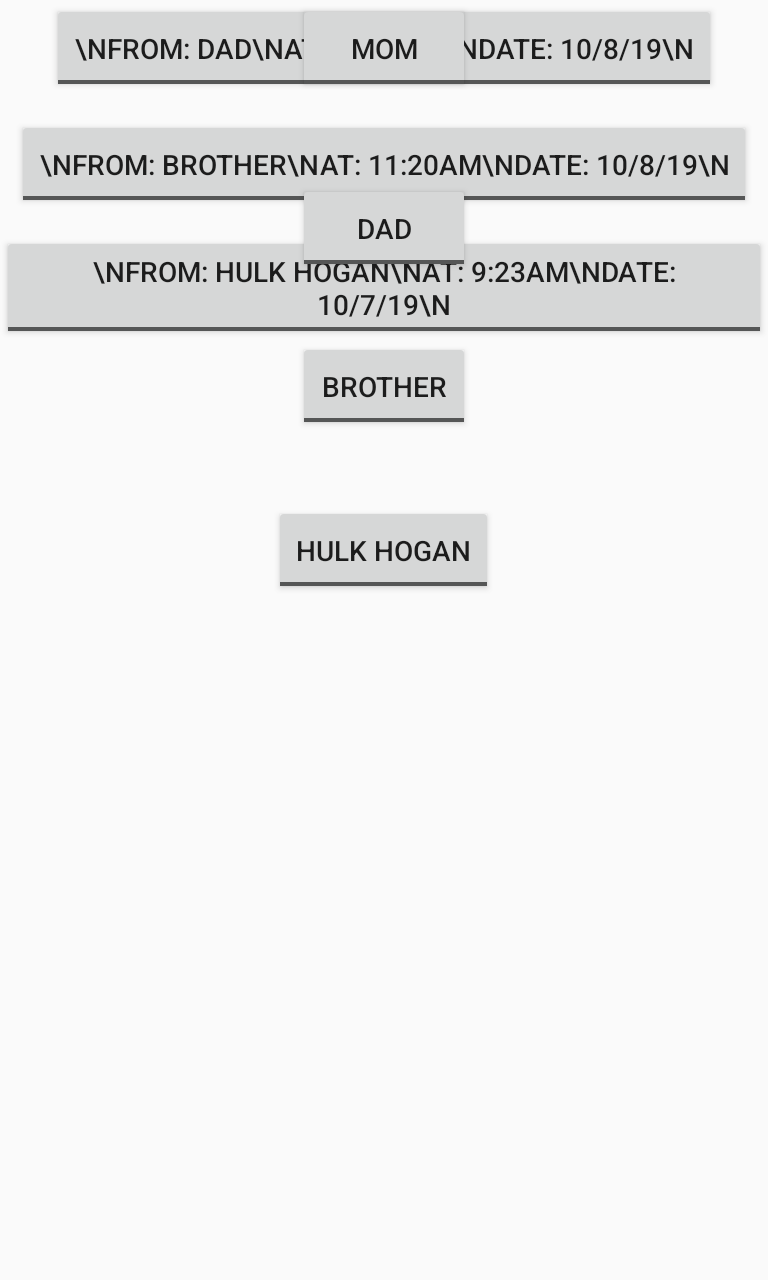
Repository: bhazenstab16/PhoneAppBMH
Layout: PhoneAppTwo/res/layout/activity_main.xml
An editor plug-in stored every save of this project. The layout is shown before and after the next save, followed by the edit.
It is drawn on a 768 x 1280 px phone screen (xhdpi) without system bars, with theme AppTheme; the app's code is not run.

Above is the layout before, as saved 2019-10-10 16:45:12.

### PhoneAppTwo/res/layout/activity_main.xml
<RelativeLayout xmlns:android="http://schemas.android.com/apk/res/android"
    xmlns:tools="http://schemas.android.com/tools"
    android:id="@+id/container"
    android:layout_width="match_parent"
    android:layout_height="match_parent"
    tools:context="com.example.phoneapptwo.MainActivity"
    tools:ignore="MergeRootFrame" >

   <TabHost
        android:id="@+id/tabhost"
        android:layout_width="match_parent"
        android:layout_height="match_parent"
        android:layout_alignParentLeft="true"
        android:layout_alignParentTop="true" >

        <LinearLayout
            android:layout_width="match_parent"
            android:layout_height="match_parent"
            android:orientation="vertical" >

            <TabWidget
                android:id="@android:id/tabs"
                android:layout_width="match_parent"
                android:layout_height="wrap_content" >
            </TabWidget>

            <FrameLayout
                android:id="@android:id/tabcontent"
                android:layout_width="match_parent"
                android:layout_height="match_parent" >

                <RelativeLayout
                    android:id="@+id/Recents"
                    android:layout_width="match_parent"
                    android:layout_height="match_parent" >

                    <ToggleButton
                        android:id="@+id/toggleButtonCall1"
                        android:layout_width="wrap_content"
                        android:layout_height="wrap_content"
                        android:layout_alignParentTop="true"
                        android:layout_centerHorizontal="true"
                        android:onClick="onToggleCall1Click"
                        android:text="\nFrom: Dad\nAt: 11:23am\nDate: 10/8/19\n"
                        android:textOff="\nFrom: Dad\nAt: 11:23am\nDate: 10/8/19\n"
                        android:textOn="\nFrom: Dad\nAt: 11:23am\nDate: 10/8/19\n" />

                    <Button
                        android:id="@+id/buttonCall1"
                        android:layout_width="wrap_content"
                        android:layout_height="wrap_content"
                        android:layout_below="@+id/toggleButtonCall1"
                        android:layout_centerHorizontal="true"
                        android:layout_marginTop="5dp"
                        android:visibility="gone"
                        android:text="Call" />

                    <Button
                        android:id="@+id/buttonText1"
                        android:layout_width="wrap_content"
                        android:layout_height="wrap_content"
                        android:layout_centerHorizontal="true"
                        android:visibility="gone"
                        android:layout_below="@+id/buttonCall1"
                        android:text="Text" />

                     <ToggleButton
                        android:id="@+id/toggleButtonCall2"
                        android:layout_width="wrap_content"
                        android:layout_height="wrap_content"
                        android:layout_centerHorizontal="true"
                        android:layout_below="@+id/buttonText1"
                        android:layout_marginTop="10dp"
                        android:onClick="onToggleCall2Click"
                        android:text="\nFrom: Brother\nAt: 11:20am\nDate: 10/8/19\n"
                        android:textOff="\nFrom: Brother\nAt: 11:20am\nDate: 10/8/19\n"
                        android:textOn="\nFrom: Brother\nAt: 11:20am\nDate: 10/8/19\n" />

                    <Button
                        android:id="@+id/buttonCall2"
                        android:layout_width="wrap_content"
                        android:layout_height="wrap_content"
                        android:layout_centerHorizontal="true"
                        android:layout_below="@+id/toggleButtonCall2"
                        android:layout_marginTop="5dp"
                        android:visibility="gone"
                        android:text="Call" />

                    <Button
                        android:id="@+id/buttonText2"
                        android:layout_width="wrap_content"
                        android:layout_height="wrap_content"
                        android:layout_centerHorizontal="true"
                        android:layout_below="@+id/buttonCall2"
                        android:visibility="gone"
                        android:text="Text" />

                    <ToggleButton
                        android:id="@+id/toggleButtonCall3"
                        android:layout_width="wrap_content"
                        android:layout_height="wrap_content"
                        android:layout_below="@+id/buttonText2"
                        android:layout_centerHorizontal="true"
                        android:layout_marginTop="10dp"
                        android:onClick="onToggleCall3Click"
                        android:text="\nFrom: Hulk Hogan\nAt: 9:23am\nDate: 10/7/19\n"
                        android:textOff="\nFrom: Hulk Hogan\nAt: 9:23am\nDate: 10/7/19\n"
                        android:textOn="\nFrom: Hulk Hogan\nAt: 9:23am\nDate: 10/7/19\n" />

                    <Button
                        android:id="@+id/buttonCall3"
                        android:layout_width="wrap_content"
                        android:layout_height="wrap_content"
                        android:layout_centerHorizontal="true"
                        android:layout_below="@+id/toggleButtonCall3"
                        android:layout_marginTop="5dp"
                        android:visibility="gone"
                        android:text="Call" />

                    <Button
                        android:id="@+id/buttonText3"
                        android:layout_width="wrap_content"
                        android:layout_height="wrap_content"
                        android:layout_centerHorizontal="true"
                        android:layout_below="@+id/buttonCall3"
                        android:visibility="gone"
                        android:text="Text" />


                </RelativeLayout>

                <RelativeLayout
                    android:id="@+id/Contacts"
                    android:layout_width="match_parent"
                    android:layout_height="match_parent" >

                    <ToggleButton
                        android:id="@+id/toggleButtonMom"
                        android:layout_width="wrap_content"
                        android:layout_height="wrap_content"
                        android:layout_alignParentTop="true"
                        android:layout_centerHorizontal="true"
                        android:onClick="onToggleMomClick"
                        android:text="Mom"
                        android:textOff="Mom"
                        android:textOn="Mom" />

                    <ToggleButton
                        android:id="@+id/toggleButtonDad"
                        android:layout_width="wrap_content"
                        android:layout_height="wrap_content"
                        android:layout_alignLeft="@+id/toggleButtonMom"
                        android:layout_below="@+id/toggleButtonMom"
                        android:layout_marginTop="42dp"
                        android:onClick="onToggleDadClick"
                        android:text="Dad"
                        android:textOff="Dad"
                        android:textOn="Dad" />

                    <ToggleButton
                        android:id="@+id/toggleButtonBrother"
                        android:layout_width="wrap_content"
                        android:layout_height="wrap_content"
                        android:layout_alignLeft="@+id/toggleButtonDad"
                        android:layout_below="@+id/toggleButtonDad"
                        android:layout_marginTop="31dp"
                        android:onClick="onToggleBrotherClick"
                        android:text="Brother"
                        android:textOff="Brother"
                        android:textOn="Brother" />

                    <ToggleButton
                        android:id="@+id/toggleButtonHulkHogan"
                        android:layout_width="wrap_content"
                        android:layout_height="wrap_content"
                        android:layout_below="@+id/toggleButtonBrother"
                        android:layout_centerHorizontal="true"
                        android:layout_marginTop="34dp"
                        android:onClick="onToggleHulkHoganClick"
                        android:text="Hulk Hogan"
                        android:textOff="Hulk Hogan"
                        android:textOn="Hulk Hogan" />

                    <TextView
                        android:id="@+id/textViewContactInfo"
                        android:layout_width="wrap_content"
                        android:layout_height="wrap_content"
                        android:layout_below="@+id/toggleButtonHulkHogan"
                        android:layout_centerHorizontal="true"
                        android:layout_marginTop="42dp"
                        android:text=""
                        android:visibility="invisible"
                        android:gravity="center" />

                </RelativeLayout>


            </FrameLayout>
        </LinearLayout>
    </TabHost>

</RelativeLayout>

Loaded but not shown: PhoneAppTwo/res/values/styles.xml (common file); PhoneAppTwo/res/values-v11/styles.xml (common file); PhoneAppTwo/res/values-v14/styles.xml (common file)

After the next save:
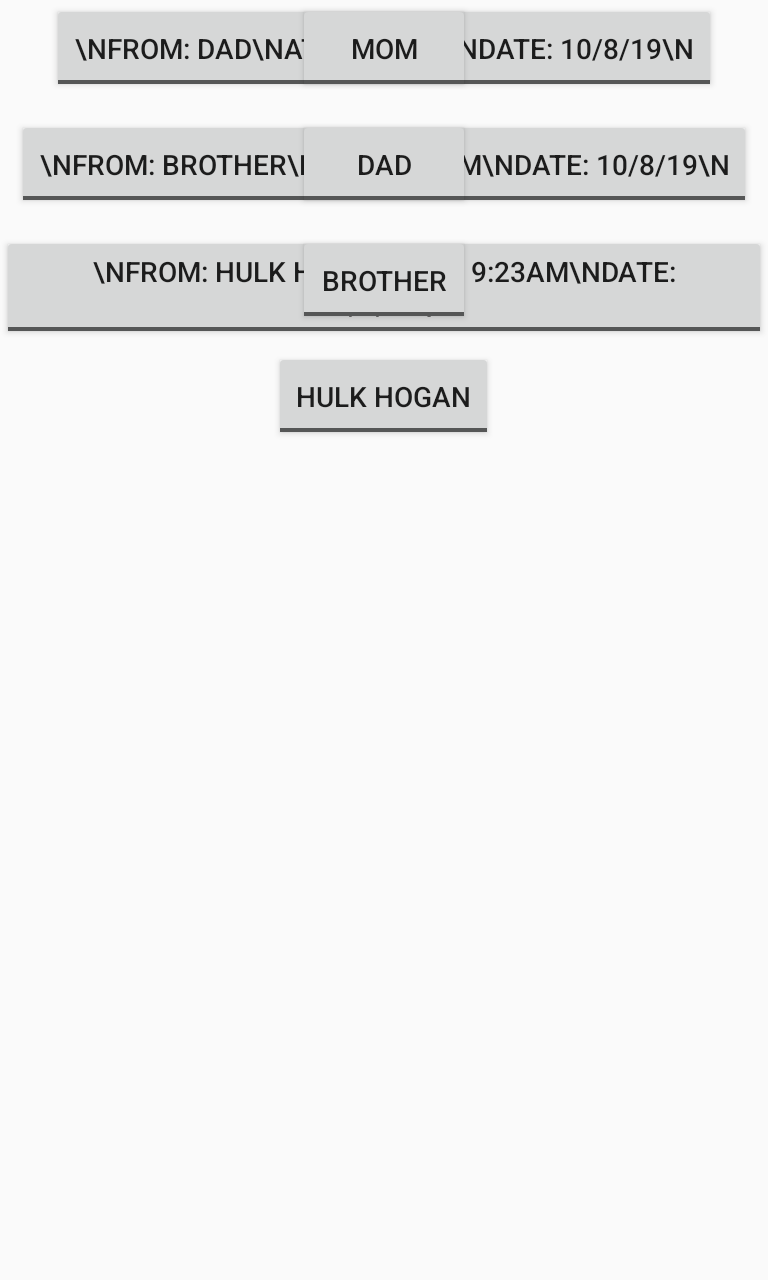
Saved 3 h 3 min later.
--- a/PhoneAppTwo/res/layout/activity_main.xml
+++ b/PhoneAppTwo/res/layout/activity_main.xml
@@ -149,9 +149,9 @@
                         android:id="@+id/toggleButtonDad"
                         android:layout_width="wrap_content"
                         android:layout_height="wrap_content"
-                        android:layout_alignLeft="@+id/toggleButtonMom"
+                        android:layout_centerHorizontal="true"
                         android:layout_below="@+id/toggleButtonMom"
-                        android:layout_marginTop="42dp"
+                        android:layout_marginTop="10dp"
                         android:onClick="onToggleDadClick"
                         android:text="Dad"
                         android:textOff="Dad"
@@ -161,9 +161,9 @@
                         android:id="@+id/toggleButtonBrother"
                         android:layout_width="wrap_content"
                         android:layout_height="wrap_content"
-                        android:layout_alignLeft="@+id/toggleButtonDad"
+                        android:layout_centerHorizontal="true"
                         android:layout_below="@+id/toggleButtonDad"
-                        android:layout_marginTop="31dp"
+                        android:layout_marginTop="10dp"
                         android:onClick="onToggleBrotherClick"
                         android:text="Brother"
                         android:textOff="Brother"
@@ -175,7 +175,7 @@
                         android:layout_height="wrap_content"
                         android:layout_below="@+id/toggleButtonBrother"
                         android:layout_centerHorizontal="true"
-                        android:layout_marginTop="34dp"
+                        android:layout_marginTop="10dp"
                         android:onClick="onToggleHulkHoganClick"
                         android:text="Hulk Hogan"
                         android:textOff="Hulk Hogan"
@@ -187,7 +187,7 @@
                         android:layout_height="wrap_content"
                         android:layout_below="@+id/toggleButtonHulkHogan"
                         android:layout_centerHorizontal="true"
-                        android:layout_marginTop="42dp"
+                        android:layout_marginTop="10dp"
                         android:text=""
                         android:visibility="invisible"
                         android:gravity="center" />
